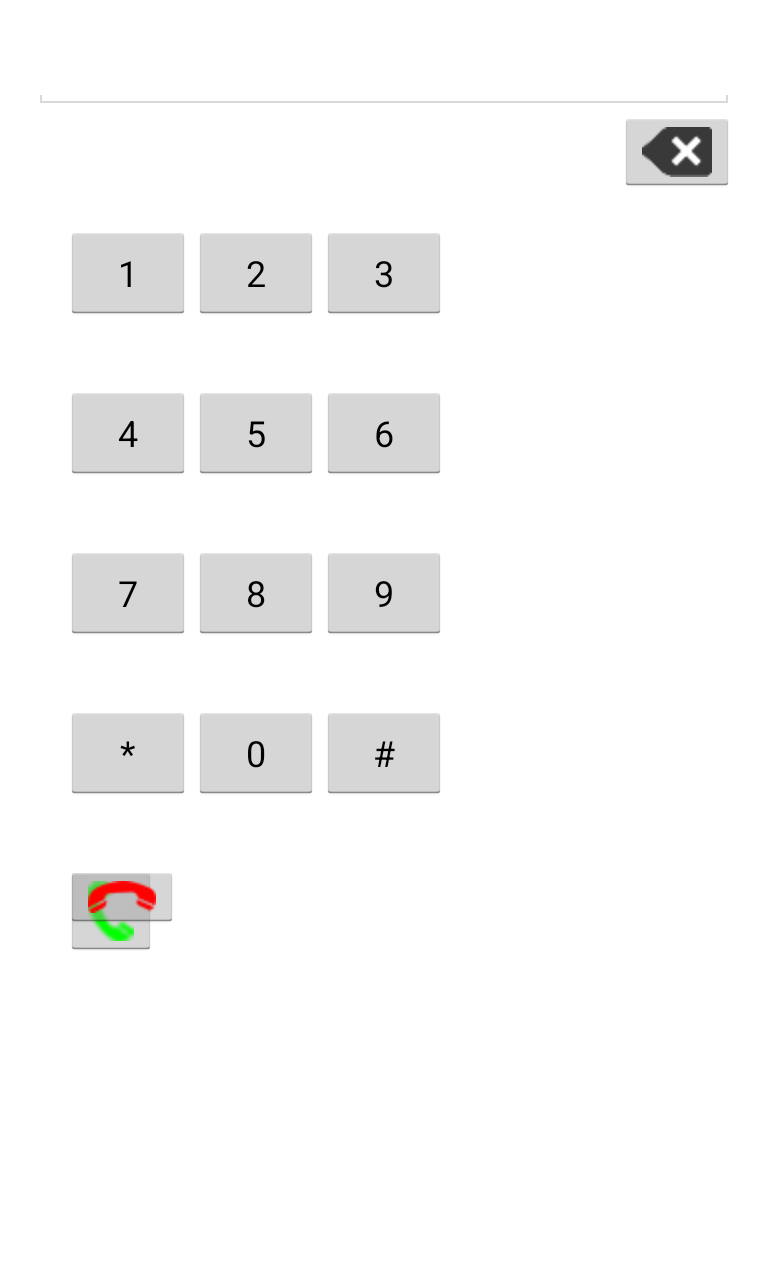
Repository: andreeastoican/Laborator03
Layout: PhoneDialer/res/layout/activity_phone_dialer.xml
The author's editor kept a copy of each file at every save. The layout is drawn from the files as they stood at one save, then again after the next save.
It is drawn on a 768 x 1280 px phone screen (xhdpi) without system bars, with theme AppTheme; the app's code is not run.

Above is the layout before, as saved 2015-03-10 09:42:52.

After the next save:
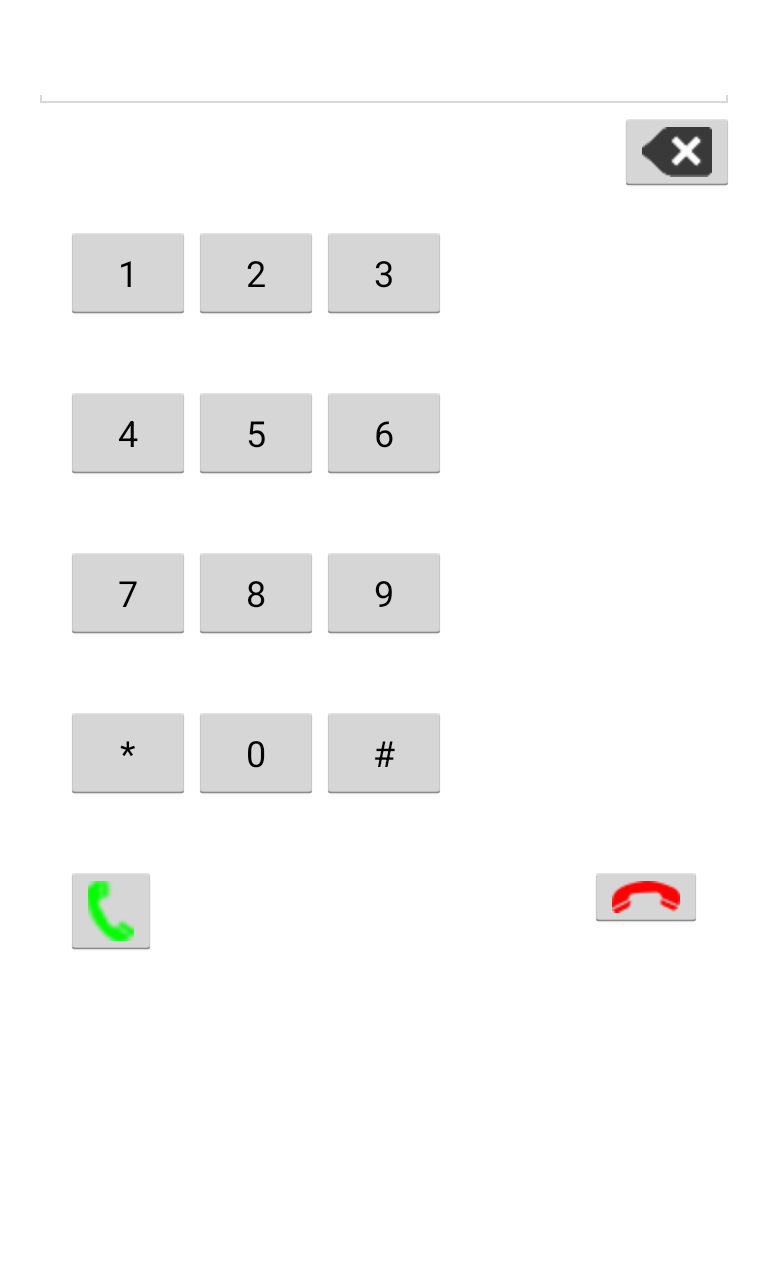
Saved 21 s later.
--- a/PhoneDialer/res/layout/activity_phone_dialer.xml
+++ b/PhoneDialer/res/layout/activity_phone_dialer.xml
@@ -176,7 +176,7 @@
 		    android:layout_width="wrap_content"
 	        android:layout_height="wrap_content"
 	        android:text="#"
-	        android:layout_alignParentRight="@id/img_on"
+	        android:layout_alignParentRight="true"
 	        android:src="@drawable/hangup"
 		    />
 	</RelativeLayout>"
